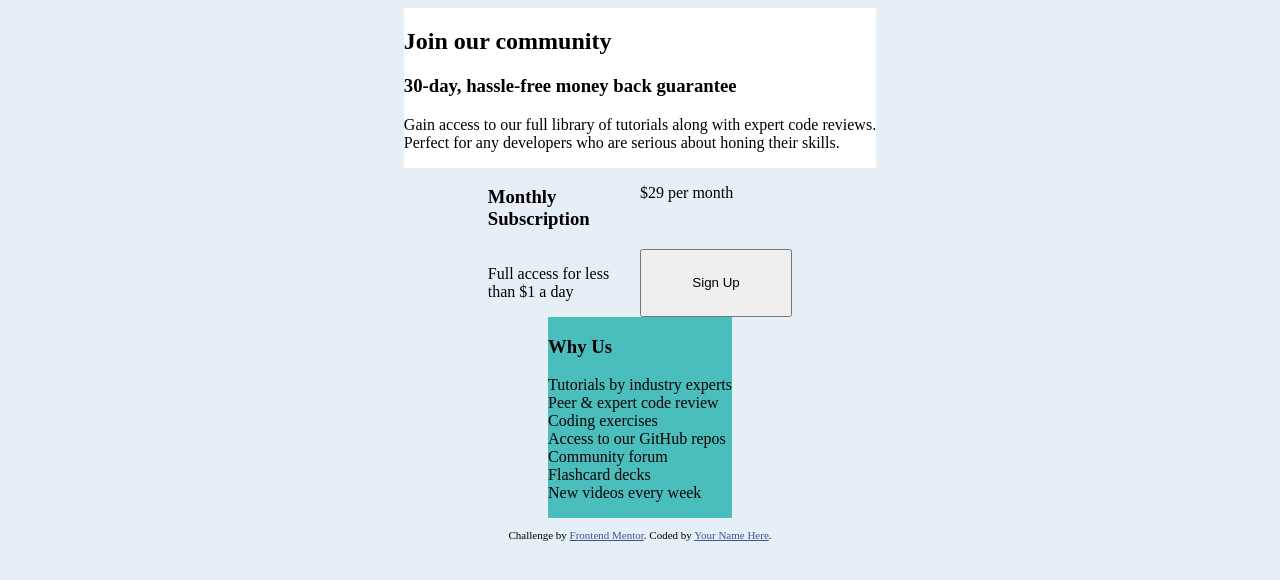
Repository: jminervino/PriceGridComponent
Page: index.html
An editor plug-in stored every save of this project. The page is shown before and after the next save, followed by the edit.
The browser window is 1280 px wide. The pictures show the whole page.

Above is the page before, as saved 2022-02-07 10:45:38.

After the next save:
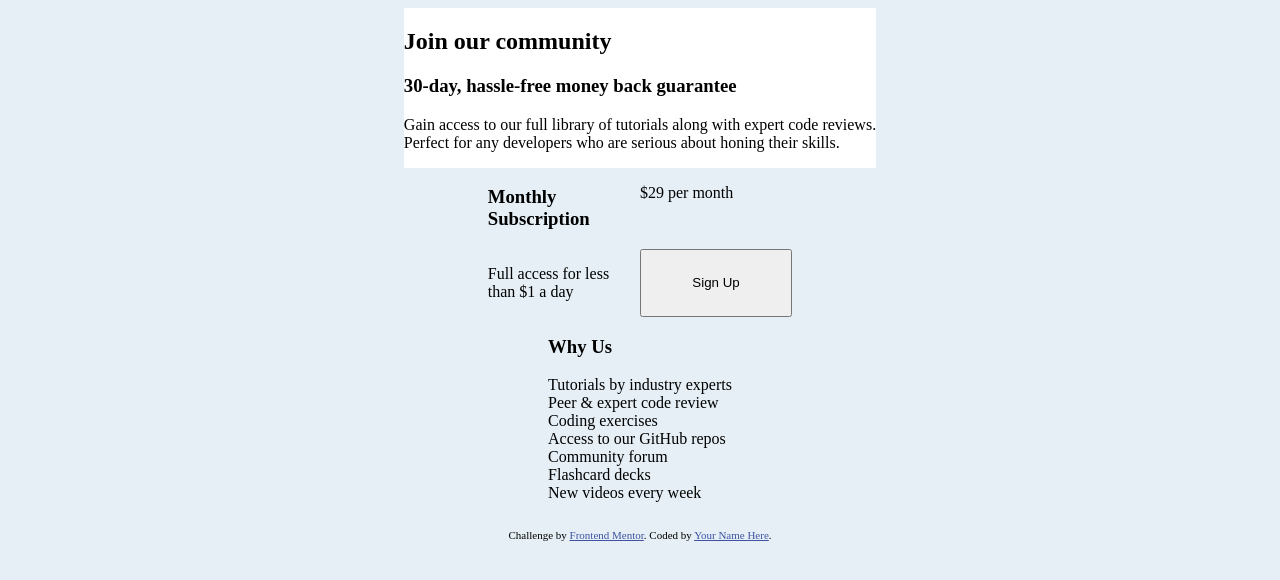
Saved 10 s later.
--- a/index.html
+++ b/index.html
@@ -32,7 +32,7 @@
                 <p>Full access for less than &dollar;1 a day</p>
                 <button>Sign Up</button>
             </div>
-            <div class="item-two">
+            <div class="box-three">
                 <h3>Why Us</h3>
                 <p class="line-space">
                     Tutorials by industry experts <br>
